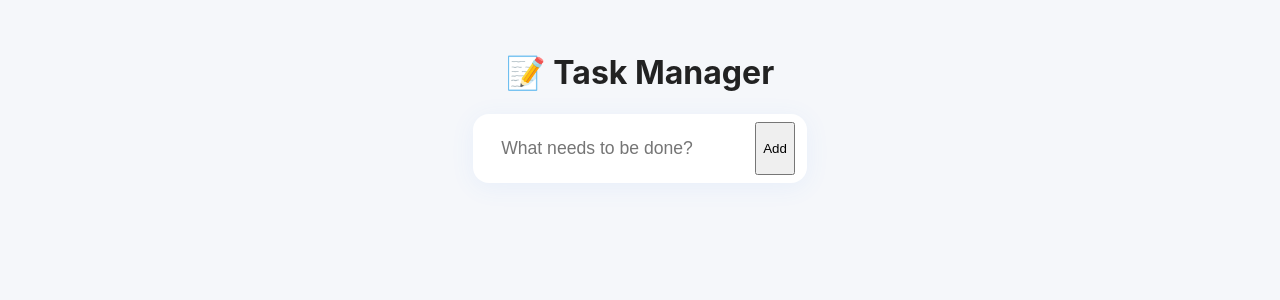
Repository: kirankumarwq/On-Time
Page: index.html
An editor plug-in stored every save of this project. The page is shown before and after the next save, followed by the edit.
The browser window is 1280 px wide. The pictures show the whole page.

Above is the page before, as saved 2025-06-09 16:58:24.

After the next save:
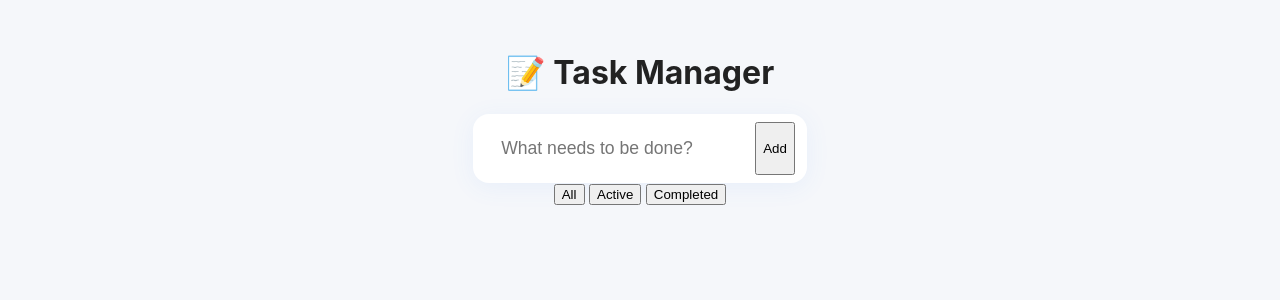
Saved 27 min 50 s later.
--- a/index.html
+++ b/index.html
@@ -13,7 +13,11 @@
       <input type="text" id="task-input" placeholder="What needs to be done?" required>
       <button type="submit">Add</button>
     </form>
-
+    <div id="filters">
+  <button onclick="setFilter('all')">All</button>
+  <button onclick="setFilter('active')">Active</button>
+  <button onclick="setFilter('completed')">Completed</button>
+</div>
     <ul id="task-list"></ul>
   </main>
 
